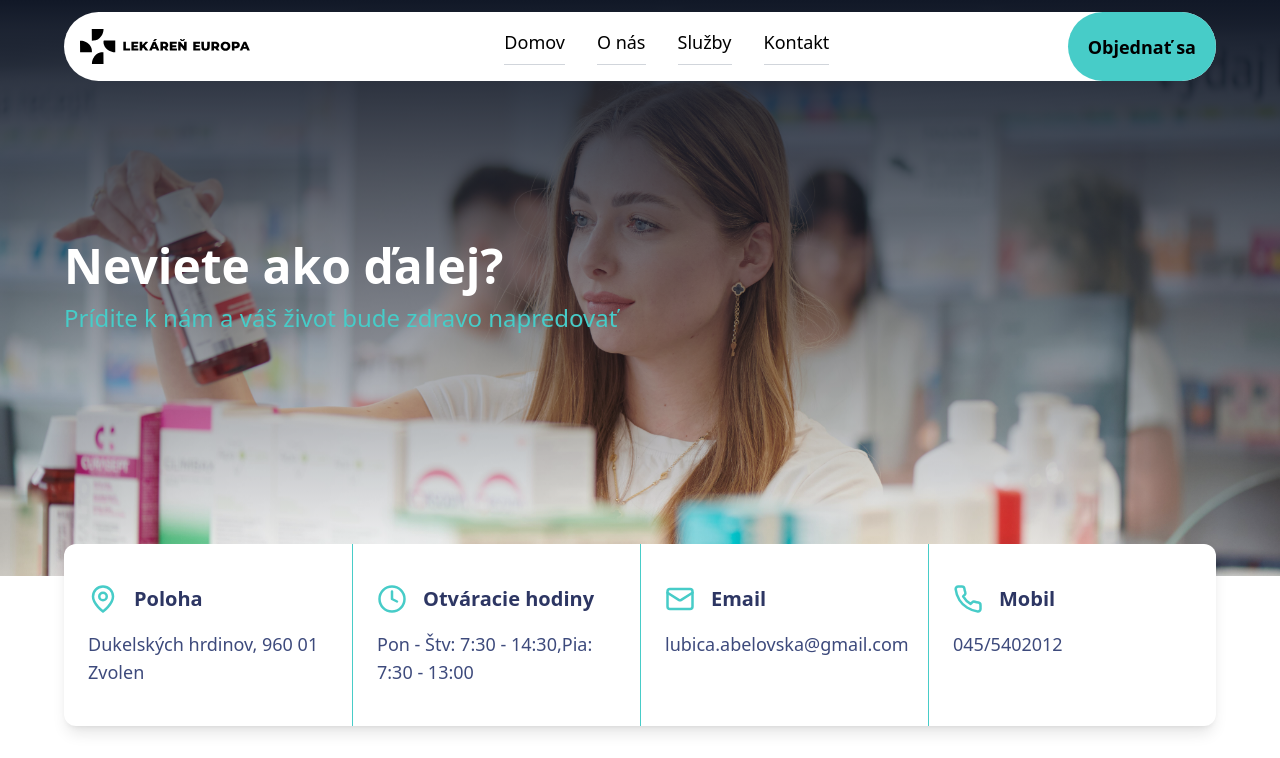
Repository: SimonSkoda13/Lekaren
Page: /
These files come from the project's save history. The page is drawn as it stood at one moment and after the next save; the edit follows.
The browser window is 1280 px wide. The pictures show the whole page.
The project was rebuilt for these pictures with package versions that can differ from the ones it lists, and the page was loaded fresh each time. The framework's server and built-in components were replaced by stand-ins that run in the browser. Also part of the build but not shown: next.config.js.

Above is the page before, as saved 2023-04-22 20:09:46.

After the next save:
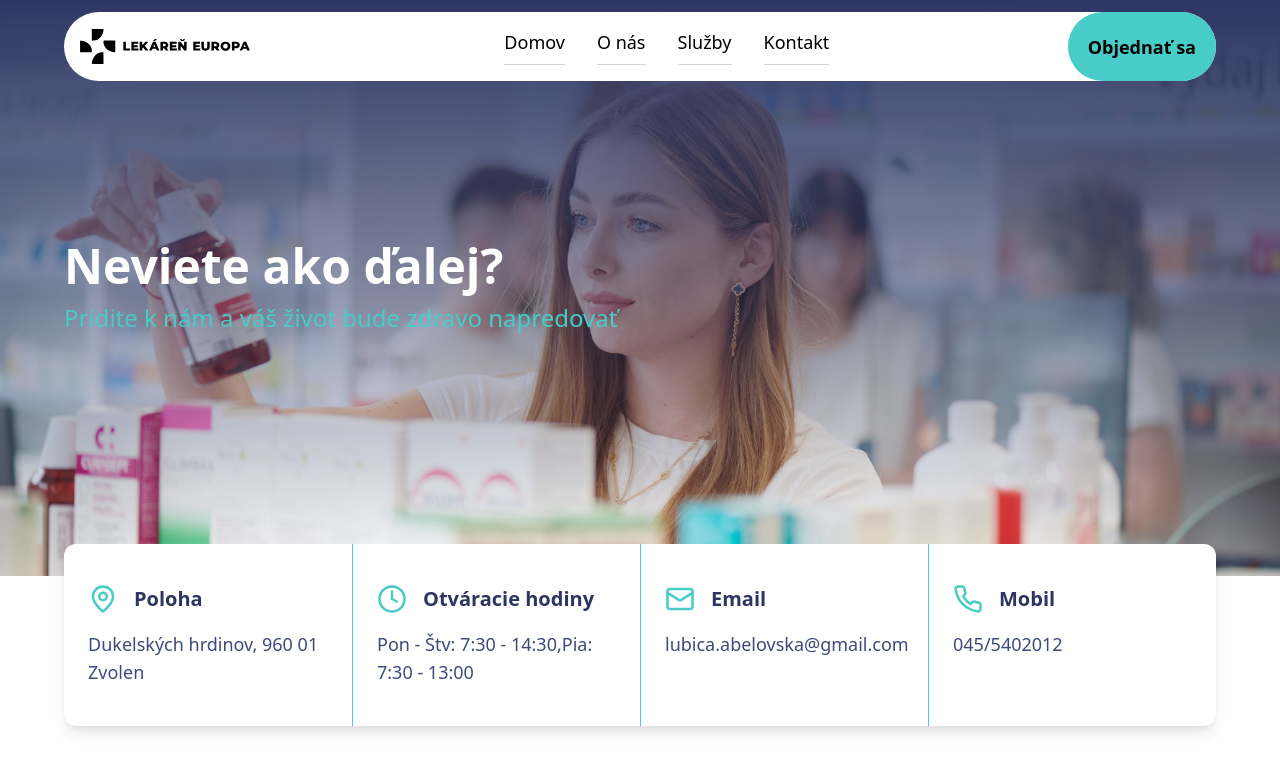
Saved 22 s later.
--- a/src/app/components/HomeHero/ImageGradient/ImageGradient.tsx
+++ b/src/app/components/HomeHero/ImageGradient/ImageGradient.tsx
@@ -8,7 +8,7 @@ export const ImageGradient = (props: ImageGradientProps) => {
   const { children } = props;
   return (
     <div className="relative w-full h-full overflow-hidden z-10">
-      <div className="absolute inset-0 z-10 bg-gradient-to-b from-gray-900"></div>
+      <div className="absolute inset-0 z-10 bg-gradient-to-b from-secondary"></div>
       {children}
     </div>
   );
